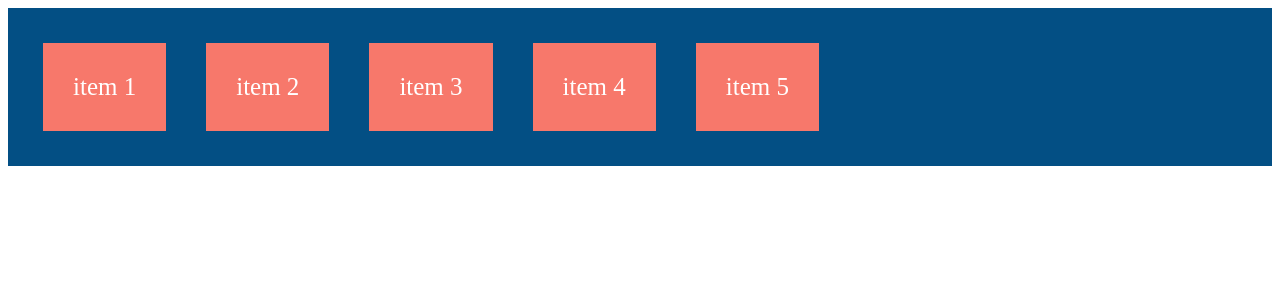
Repository: mehmetbuber38/flex
Page: flex-container copy.html
The author's editor kept a copy of each file at every save. The page is drawn from the files as they stood at one save, then again after the next save.
The browser window is 1280 px wide. The pictures show the whole page.

Above is the page before, as saved 2022-01-30 19:07:17.

After the next save:
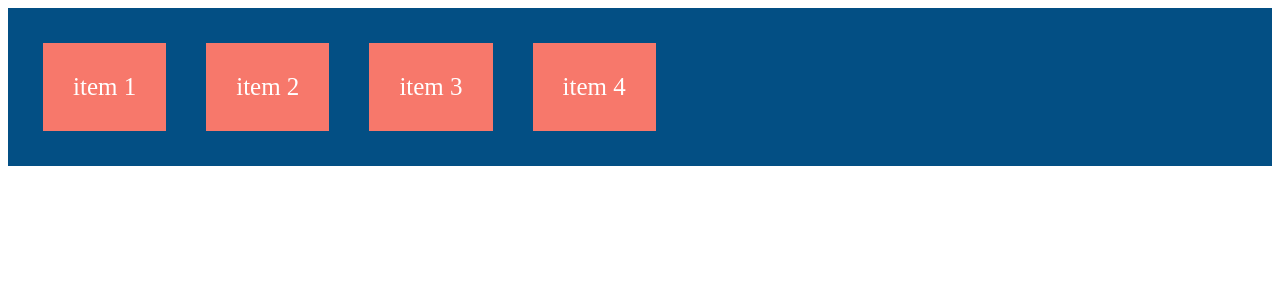
Saved 19 s later.
--- a/flex-container copy.html
+++ b/flex-container copy.html
@@ -10,14 +10,7 @@
 <style>
     .container {
         display: flex;
-        /* flex-direction: row; */
-        /* flex-direction: column; */
-        /* flex-direction: row-reverse; */
-        /* flex-direction: column-reverse; */
-        /* -------------------------------------------------- */
-        /* flex-wrap: wrap; */
-        /* flex-wrap: wrap-reverse; */
-        /* flex-flow: row wrap; */
+
 
         background-color: #034f84;
         padding: 15px;
@@ -38,7 +31,7 @@
         <div class="item">item 2</div>
         <div class="item">item 3</div>
         <div class="item">item 4</div>
-        <div class="item">item 5</div>
+
     </div>
 
 </body>
